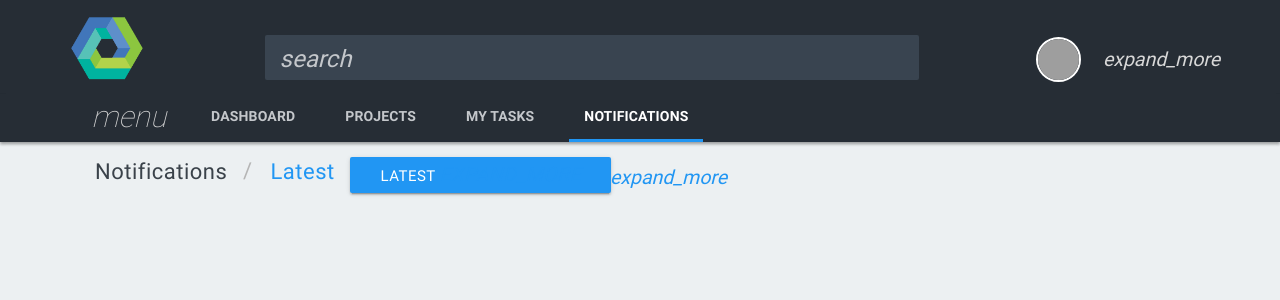
Repository: RenanChagas/ProjectManagement
Page: http://localhost/finalproject/WEB-INF/views/notifications.jsp
These files come from the project's save history. The page is drawn as it stood at one moment and after the next save; the edit follows.
The browser window is 1280 px wide. The pictures show the whole page.
Pictures or frames that could not be fetched are drawn as grey boxes. The page is served by Tomcat 9. Nobody is signed in. The template is opened directly, without the code that normally fills it, so the values that code supplies are empty.

Above is the page before, as saved 2017-11-18 23:37:29.

After the next save:
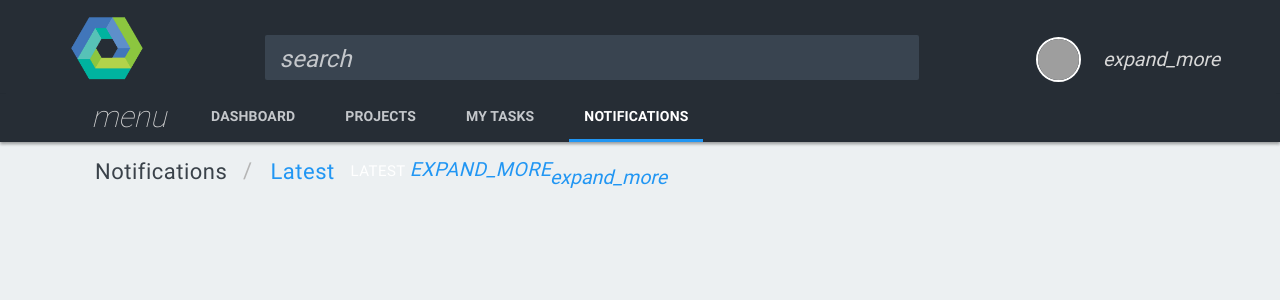
Saved 112 s later.
--- a/finalproject/src/main/webapp/WEB-INF/views/notifications.jsp
+++ b/finalproject/src/main/webapp/WEB-INF/views/notifications.jsp
@@ -169,7 +169,7 @@
 
 
      	<!-- Dropdown Trigger -->
-		  <a class='dropdown-button btn' href='#' data-activates='dropdown1'>Latest
+		  <a class='dropdown-button btn MDC-btn-dropdown-sort' href='#' data-activates='dropdown1'>Latest
 		  	<i class="material-icons MDC-icon-small MDC-color-blue">expand_more</i>
 		  </a>
 
